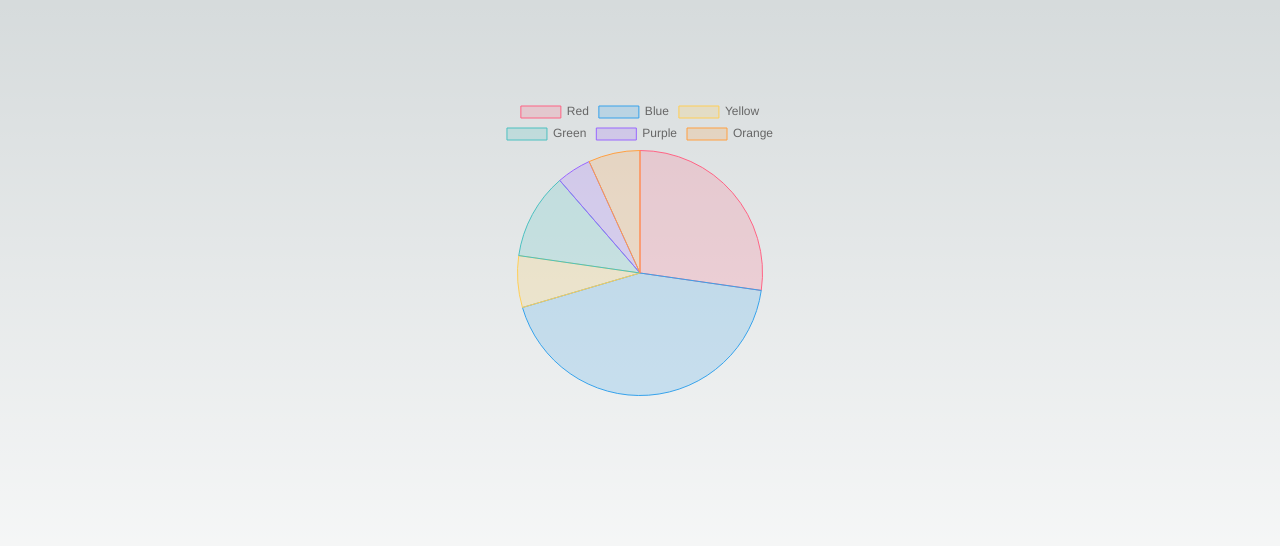
Repository: olivia-sk/MDIA-2109-2106-Big-Project
Page: /
An editor plug-in stored every save of this project. The page is shown before and after the next save, followed by the edit.
The browser window is 1280 px wide. The pictures show the whole page.
The project was rebuilt for these pictures with package versions that can differ from the ones it lists, and the page was loaded fresh each time. The framework's server and built-in components were replaced by stand-ins that run in the browser. Also part of the build but not shown: next.config.js.

Above is the page before, as saved 2023-03-29 12:50:42.

### pages/index.js
import Head from 'next/head'
import Image from 'next/image'
import styles from '@/styles/Home.module.css'
import Pie from '@/components/PieChart'


export default function Home() {
  return (
    <>
      <Head>
        <title>Create Next App</title>
        <meta name="description" content="Generated by create next app" />
        <meta name="viewport" content="width=device-width, initial-scale=1" />
        <link rel="icon" href="/favicon.ico" />
      </Head>
      <main className={styles.main}>
        <Pie />
      </main>
    </>
  )
}

### components/PieChart/index.js
import React from 'react';
import { Chart as ChartJS, ArcElement, Tooltip, Legend } from 'chart.js';
import { Pie } from 'react-chartjs-2';

ChartJS.register(ArcElement, Tooltip, Legend);

export const data = {
  labels: ['Red', 'Blue', 'Yellow', 'Green', 'Purple', 'Orange'],
  datasets: [
    {
      label: '# of Votes',
      data: [12, 19, 3, 5, 2, 3],
      backgroundColor: [
        'rgba(255, 99, 132, 0.2)',
        'rgba(54, 162, 235, 0.2)',
        'rgba(255, 206, 86, 0.2)',
        'rgba(75, 192, 192, 0.2)',
        'rgba(153, 102, 255, 0.2)',
        'rgba(255, 159, 64, 0.2)',
      ],
      borderColor: [
        'rgba(255, 99, 132, 1)',
        'rgba(54, 162, 235, 1)',
        'rgba(255, 206, 86, 1)',
        'rgba(75, 192, 192, 1)',
        'rgba(153, 102, 255, 1)',
        'rgba(255, 159, 64, 1)',
      ],
      borderWidth: 1,
    },
  ],
};

export default function App() {
  return (
    <div>
        <Pie data={data} />
    </div>
  )
}

Loaded but not shown: pages/_app.js (common file); pages/_document.js (common file); styles/globals.css (common file); styles/Home.module.css (common file)

After the next save:
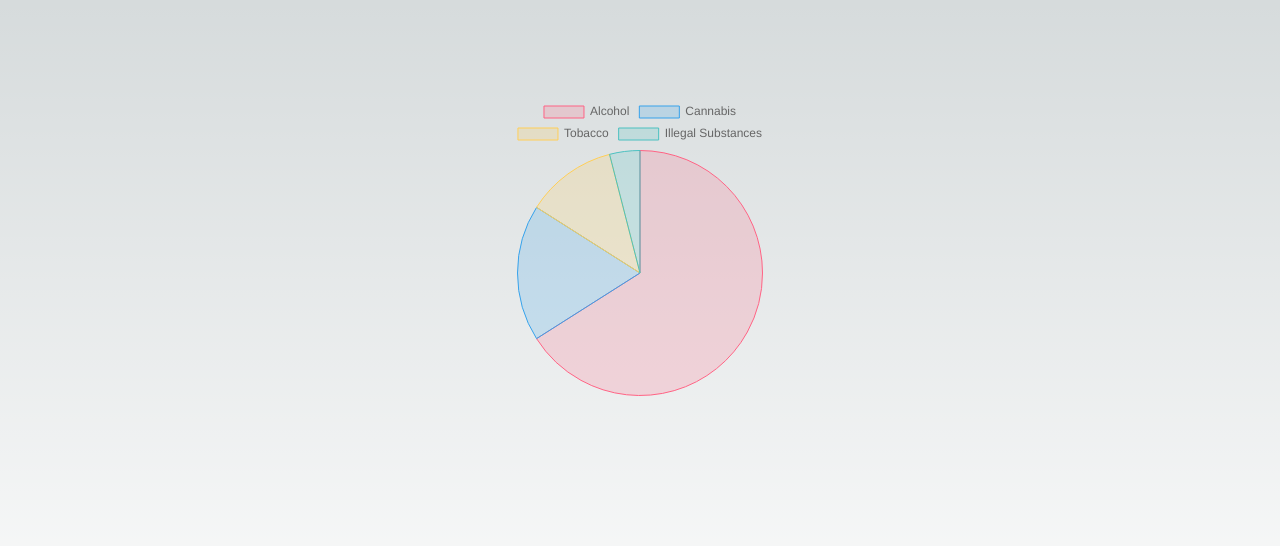
Saved 3 min 19 s later.
--- a/components/PieChart/index.js
+++ b/components/PieChart/index.js
@@ -5,26 +5,22 @@
 ChartJS.register(ArcElement, Tooltip, Legend);
 
 export const data = {
-  labels: ['Red', 'Blue', 'Yellow', 'Green', 'Purple', 'Orange'],
+  labels: ['Alcohol', 'Cannabis', 'Tobacco', 'Illegal Substances'],
   datasets: [
     {
       label: '# of Votes',
-      data: [12, 19, 3, 5, 2, 3],
+      data: [66, 18, 12, 4,],
       backgroundColor: [
         'rgba(255, 99, 132, 0.2)',
         'rgba(54, 162, 235, 0.2)',
         'rgba(255, 206, 86, 0.2)',
         'rgba(75, 192, 192, 0.2)',
-        'rgba(153, 102, 255, 0.2)',
-        'rgba(255, 159, 64, 0.2)',
       ],
       borderColor: [
         'rgba(255, 99, 132, 1)',
         'rgba(54, 162, 235, 1)',
         'rgba(255, 206, 86, 1)',
         'rgba(75, 192, 192, 1)',
-        'rgba(153, 102, 255, 1)',
-        'rgba(255, 159, 64, 1)',
       ],
       borderWidth: 1,
     },
